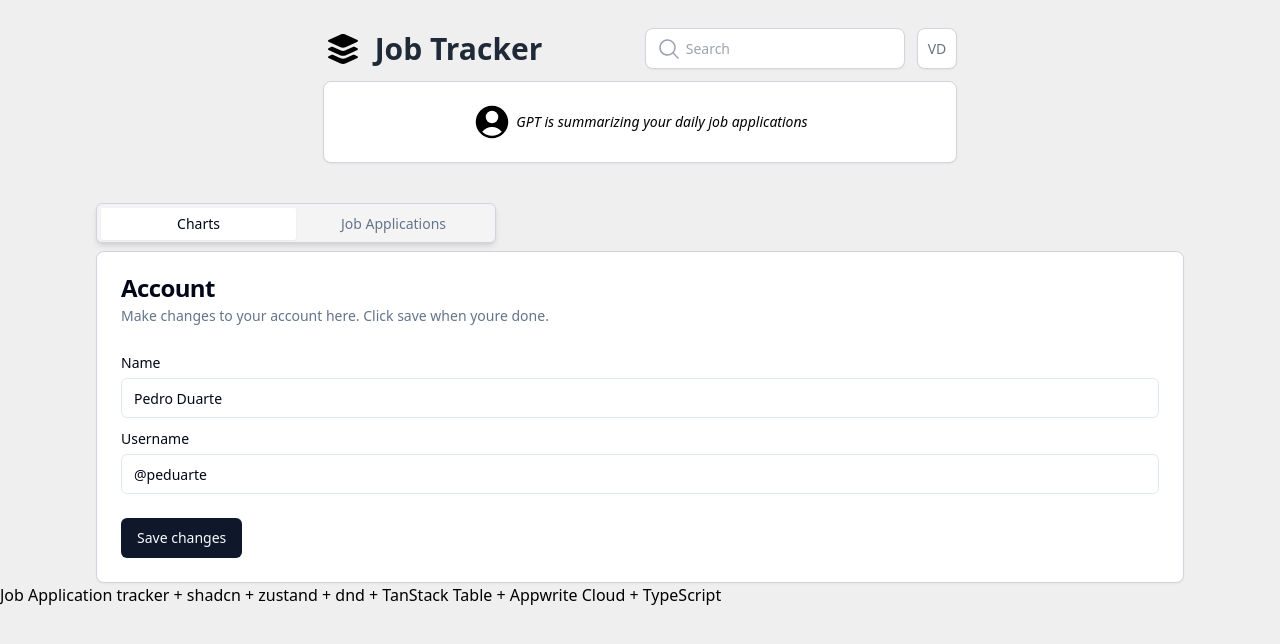
Repository: Vasil1001/job-applications-tracker-nextjs
Page: /
An editor plug-in stored every save of this project. The page is shown before and after the next save, followed by the edit.
The browser window is 1280 px wide. The pictures show the whole page.
The project was rebuilt for these pictures with package versions that can differ from the ones it lists, and the page was loaded fresh each time. The framework's server and built-in components were replaced by stand-ins that run in the browser. Also part of the build but not shown: next.config.js.

Above is the page before, as saved 2023-06-24 19:03:25.

### app/layout.tsx
import "./globals.css";
import { Inter } from "next/font/google";

const inter = Inter({ subsets: ["latin"] });

export const metadata = {
  title: "Job Tracker",
  description: "Generated by create next app",
};

export default function RootLayout({
  children,
}: {
  children: React.ReactNode;
}) {
  return (
    <html lang="en">
      <body  suppressHydrationWarning={true} className="bg-[#efefef]">{children}</body>
    </html>
  );
}

### app/page.tsx
import Header from "@/components/Header";
import Image from "next/image";

export default function Home() {
  return (
    <main className="flex min-h-screen max-w-screen flex-col justify-between mx-auto ">
      {/* Header Component */}
      <Header />

      {/* Board dnd Component */}

    </main>
  );
}

### components/Header.tsx
"use client";
import { Search } from "lucide-react";
import React from "react";
import SearchBar from "./navbar/SearchBar";
import { IoIosApps } from "react-icons/io";
import { RiSendPlaneLine } from "react-icons/ri";
import { BiNotepad } from "react-icons/bi";
import Image from "next/image";
import { MagnifyingGlassIcon, UserCircleIcon } from "@heroicons/react/24/solid";
import { FiUser } from "react-icons/fi";
import { HiMagnifyingGlass } from "react-icons/hi2";
import Navbar from "./navbar/Navbar";
import Avatar from "react-avatar";
import JobChartsTab from "./ui/JobChartsTab";

export default function Header() {
  return (
    <header className="">
      <Navbar />

      <JobChartsTab />
      <h1>
        Job Application tracker + shadcn + zustand + dnd + TanStack Table +
        Appwrite Cloud + TypeScript
      </h1>
    </header>
  );
}

### components/navbar/Navbar.tsx
import React from "react";
import SearchBar from "./SearchBar";
import { IoIosApps } from "react-icons/io";
import { HiMagnifyingGlass } from "react-icons/hi2";
import { UserCircleIcon } from "@heroicons/react/24/solid";

export default function Navbar() {
  return (
    <div className="bg-[#efefef] p-7 xl:px-24 transition-all ">
      <div className="xl:w-7/12 mx-auto">
        <div className="flex flex-col md:flex-row items-center transition-all ">
          {/* <Navbar /> */}
          {/* <Image
          src="https://links.papareact.com/c2cdd5"
          alt="Logo"
          width={300}
          height={100}
          className="w-44 md:w-56 pb-10 md:pb-0 object-contain"
        /> */}
          {/* Logo */}
          <div className="flex items-center font-bold text-3xl mb-3 md:mb-0">
            <IoIosApps size={40} className="mr-3" />
            <span className="text-gray-800">Job Tracker</span>
          </div>

          {/* Search input, button and profile */}
          <div className="flex items-center gap-3 flex-1 justify-end w-full">
            <form className=" flex items-center justify-center  flex-1 md:flex-initial transition-all">
              <div className="relative  flex-1 md:flex-initial">
                <span className="absolute inset-y-0 left-0 flex items-center pl-3">
                  <HiMagnifyingGlass className="w-6 h-6 text-gray-400" />
                </span>
                <div className="flex gap-3 h-full">
                  <input
                    type="text"
                    className="w-full flex-1 h-full py-2.5 pl-10 pr-4 border shadow-sm focus-visible:outline-none focus-visible:ring-1 focus:ring-gray-400 text-black bg-white border-gray-300 text-sm rounded-lg hover:border-gray-300 placeholder:text-gray-400 focus:placeholder:text-gray-500"
                    placeholder="Search"
                  />
                  <div className="border flex px-2.5 items-center justify-center shadow-sm focus-visible:outline-none focus-visible:ring-1 focus:ring-gray-400 bg-white text-gray-500 border-gray-300 text-sm rounded-lg hover:border-gray-300">
                    VD
                  </div>
                </div>
              </div>
              <button hidden> Search</button>
            </form>
          </div>
        </div>

        <div className="flex w-full flex-1  md:justify-end mt-3">
          <p className="flex flex-1 items-center justify-center text-sm font-light pr-5 shadow-sm rounded-lg p-5 w-fit bg-white italic border border-gray-300 hover:border-gray-300">
            <UserCircleIcon className=" inline-block h-10 w-10 mr-1" />
            GPT is summarizing your daily job applications
          </p>
        </div>
      </div>
    </div>
  );
}

### components/ui/JobChartsTab.tsx
import { Button } from "@/components/ui/button";
import {
  Card,
  CardContent,
  CardDescription,
  CardFooter,
  CardHeader,
  CardTitle,
} from "@/components/ui/card";
import { Input } from "@/components/ui/input";
import { Label } from "@/components/ui/label";
import { Tabs, TabsContent, TabsList, TabsTrigger } from "@/components/ui/tabs";
export default function JobChartsTab() {
  return (
    <div className="px-7 pt-3 xl:px-24 transition-all bg-[#efefef]">
      <Tabs defaultValue="account" className="">
        <TabsList className="grid grid-cols-2 w-[400px] border border-gray-300">
          <TabsTrigger className="" value="account">Charts</TabsTrigger>
          <TabsTrigger className="" value="password">Job Applications</TabsTrigger>
        </TabsList>
        <TabsContent value="account">
          <Card>
            <CardHeader>
              <CardTitle>Account</CardTitle>
              <CardDescription>
                Make changes to your account here. Click save when youre done.
              </CardDescription>
            </CardHeader>
            <CardContent className="space-y-2">
              <div className="space-y-1">
                <Label htmlFor="name">Name</Label>
                <Input id="name" defaultValue="Pedro Duarte" />
              </div>
              <div className="space-y-1">
                <Label htmlFor="username">Username</Label>
                <Input id="username" defaultValue="@peduarte" />
              </div>
            </CardContent>
            <CardFooter>
              <Button>Save changes</Button>
            </CardFooter>
          </Card>
        </TabsContent>
        <TabsContent value="password">
          <Card>
            <CardHeader>
              <CardTitle>Password</CardTitle>
              <CardDescription>
                Change your password here. After saving, yoll be logged out.
              </CardDescription>
            </CardHeader>
            <CardContent className="space-y-2">
              <div className="space-y-1">
                <Label htmlFor="current">Current password</Label>
                <Input id="current" type="password" />
              </div>
              <div className="space-y-1">
                <Label htmlFor="new">New password</Label>
                <Input id="new" type="password" />
              </div>
            </CardContent>
            <CardFooter>
              <Button>Save password</Button>
            </CardFooter>
          </Card>
        </TabsContent>
      </Tabs>
    </div>
  );
}

### components/ui/button.tsx
import * as React from "react"
import { Slot } from "@radix-ui/react-slot"
import { cva, type VariantProps } from "class-variance-authority"

import { cn } from "@/lib/utils"

const buttonVariants = cva(
  "inline-flex items-center justify-center rounded-md text-sm font-medium ring-offset-white transition-colors focus-visible:outline-none focus-visible:ring-2 focus-visible:ring-slate-400 focus-visible:ring-offset-2 disabled:pointer-events-none disabled:opacity-50 dark:ring-offset-slate-950 dark:focus-visible:ring-slate-800",
  {
    variants: {
      variant: {
        default: "bg-slate-900 text-slate-50 hover:bg-slate-900/90 dark:bg-slate-50 dark:text-slate-900 dark:hover:bg-slate-50/90",
        destructive:
          "bg-red-500 text-slate-50 hover:bg-red-500/90 dark:bg-red-900 dark:text-red-50 dark:hover:bg-red-900/90",
        outline:
          "border border-slate-200 bg-white hover:bg-slate-100 hover:text-slate-900 dark:border-slate-800 dark:bg-slate-950 dark:hover:bg-slate-800 dark:hover:text-slate-50",
        secondary:
          "bg-slate-100 text-slate-900 hover:bg-slate-100/80 dark:bg-slate-800 dark:text-slate-50 dark:hover:bg-slate-800/80",
        ghost: "hover:bg-slate-100 hover:text-slate-900 dark:hover:bg-slate-800 dark:hover:text-slate-50",
        link: "text-slate-900 underline-offset-4 hover:underline dark:text-slate-50",
      },
      size: {
        default: "h-10 px-4 py-2",
        sm: "h-9 rounded-md px-3",
        lg: "h-11 rounded-md px-8",
        icon: "h-10 w-10",
      },
    },
    defaultVariants: {
      variant: "default",
      size: "default",
    },
  }
)

export interface ButtonProps
  extends React.ButtonHTMLAttributes<HTMLButtonElement>,
    VariantProps<typeof buttonVariants> {
  asChild?: boolean
}

const Button = React.forwardRef<HTMLButtonElement, ButtonProps>(
  ({ className, variant, size, asChild = false, ...props }, ref) => {
    const Comp = asChild ? Slot : "button"
    return (
      <Comp
        className={cn(buttonVariants({ variant, size, className }))}
        ref={ref}
        {...props}
      />
    )
  }
)
Button.displayName = "Button"

export { Button, buttonVariants }

### components/ui/card.tsx
import * as React from "react"

import { cn } from "@/lib/utils"

const Card = React.forwardRef<
  HTMLDivElement,
  React.HTMLAttributes<HTMLDivElement>
>(({ className, ...props }, ref) => (
  <div
    ref={ref}
    className={cn(
      "rounded-lg border border-gray-300 bg-white text-slate-950 shadow-sm dark:border-slate-800 dark:bg-slate-950 dark:text-slate-50",
      className
    )}
    {...props}
  />
))
Card.displayName = "Card"

const CardHeader = React.forwardRef<
  HTMLDivElement,
  React.HTMLAttributes<HTMLDivElement>
>(({ className, ...props }, ref) => (
  <div
    ref={ref}
    className={cn("flex flex-col space-y-1.5 p-6", className)}
    {...props}
  />
))
CardHeader.displayName = "CardHeader"

const CardTitle = React.forwardRef<
  HTMLParagraphElement,
  React.HTMLAttributes<HTMLHeadingElement>
>(({ className, ...props }, ref) => (
  <h3
    ref={ref}
    className={cn(
      "text-2xl font-semibold leading-none tracking-tight",
      className
    )}
    {...props}
  />
))
CardTitle.displayName = "CardTitle"

const CardDescription = React.forwardRef<
  HTMLParagraphElement,
  React.HTMLAttributes<HTMLParagraphElement>
>(({ className, ...props }, ref) => (
  <p
    ref={ref}
    className={cn("text-sm text-slate-500 dark:text-slate-400", className)}
    {...props}
  />
))
CardDescription.displayName = "CardDescription"

const CardContent = React.forwardRef<
  HTMLDivElement,
  React.HTMLAttributes<HTMLDivElement>
>(({ className, ...props }, ref) => (
  <div ref={ref} className={cn("p-6 pt-0", className)} {...props} />
))
CardContent.displayName = "CardContent"

const CardFooter = React.forwardRef<
  HTMLDivElement,
  React.HTMLAttributes<HTMLDivElement>
>(({ className, ...props }, ref) => (
  <div
    ref={ref}
    className={cn("flex items-center p-6 pt-0", className)}
    {...props}
  />
))
CardFooter.displayName = "CardFooter"

export { Card, CardHeader, CardFooter, CardTitle, CardDescription, CardContent }

### components/ui/input.tsx
import * as React from "react"

import { cn } from "@/lib/utils"

export interface InputProps
  extends React.InputHTMLAttributes<HTMLInputElement> {}

const Input = React.forwardRef<HTMLInputElement, InputProps>(
  ({ className, type, ...props }, ref) => {
    return (
      <input
        type={type}
        className={cn(
          "flex h-10 w-full rounded-md border border-slate-200 border-slate-200 bg-white px-3 py-2 text-sm ring-offset-white file:border-0 file:bg-transparent file:text-sm file:font-medium placeholder:text-slate-500 focus-visible:outline-none focus-visible:ring-2 focus-visible:ring-slate-400 focus-visible:ring-offset-2 disabled:cursor-not-allowed disabled:opacity-50 dark:border-slate-800 dark:border-slate-800 dark:bg-slate-950 dark:ring-offset-slate-950 dark:placeholder:text-slate-400 dark:focus-visible:ring-slate-800",
          className
        )}
        ref={ref}
        {...props}
      />
    )
  }
)
Input.displayName = "Input"

export { Input }

### components/ui/label.tsx
import * as React from "react"
import * as LabelPrimitive from "@radix-ui/react-label"
import { cva, type VariantProps } from "class-variance-authority"

import { cn } from "@/lib/utils"

const labelVariants = cva(
  "text-sm font-medium leading-none peer-disabled:cursor-not-allowed peer-disabled:opacity-70"
)

const Label = React.forwardRef<
  React.ElementRef<typeof LabelPrimitive.Root>,
  React.ComponentPropsWithoutRef<typeof LabelPrimitive.Root> &
    VariantProps<typeof labelVariants>
>(({ className, ...props }, ref) => (
  <LabelPrimitive.Root
    ref={ref}
    className={cn(labelVariants(), className)}
    {...props}
  />
))
Label.displayName = LabelPrimitive.Root.displayName

export { Label }

### components/ui/tabs.tsx
import * as React from "react"
import * as TabsPrimitive from "@radix-ui/react-tabs"

import { cn } from "@/lib/utils"

const Tabs = TabsPrimitive.Root

const TabsList = React.forwardRef<
  React.ElementRef<typeof TabsPrimitive.List>,
  React.ComponentPropsWithoutRef<typeof TabsPrimitive.List>
>(({ className, ...props }, ref) => (
  <TabsPrimitive.List
    ref={ref}
    className={cn(
      "inline-flex h-10 items-center justify-center rounded-md shadow-md bg-zinc-100 p-1 text-slate-500 dark:bg-slate-800 dark:text-slate-400",
      className
    )}
    {...props}
  />
))
TabsList.displayName = TabsPrimitive.List.displayName

const TabsTrigger = React.forwardRef<
  React.ElementRef<typeof TabsPrimitive.Trigger>,
  React.ComponentPropsWithoutRef<typeof TabsPrimitive.Trigger>
>(({ className, ...props }, ref) => (
  <TabsPrimitive.Trigger
    ref={ref}
    className={cn(
      "inline-flex items-center justify-center whitespace-nowrap rounded-sm px-3 py-1.5 text-sm font-medium ring-offset-white transition-all focus-visible:outline-none focus-visible:ring-2 focus-visible:ring-slate-400 focus-visible:ring-offset-2 disabled:pointer-events-none disabled:opacity-50 data-[state=active]:bg-white data-[state=active]:text-slate-950 data-[state=active]:shadow-sm dark:ring-offset-slate-950 dark:focus-visible:ring-slate-800 dark:data-[state=active]:bg-slate-950 dark:data-[state=active]:text-slate-50",
      className
    )}
    {...props}
  />
))
TabsTrigger.displayName = TabsPrimitive.Trigger.displayName

const TabsContent = React.forwardRef<
  React.ElementRef<typeof TabsPrimitive.Content>,
  React.ComponentPropsWithoutRef<typeof TabsPrimitive.Content>
>(({ className, ...props }, ref) => (
  <TabsPrimitive.Content
    ref={ref}
    className={cn(
      "mt-2 ring-offset-white focus-visible:outline-none focus-visible:ring-2 focus-visible:ring-slate-400 focus-visible:ring-offset-2 dark:ring-offset-slate-950 dark:focus-visible:ring-slate-800",
      className
    )}
    {...props}
  />
))
TabsContent.displayName = TabsPrimitive.Content.displayName

export { Tabs, TabsList, TabsTrigger, TabsContent }

Loaded but not shown: app/globals.css (common file); lib/utils.ts (common file); tailwind.config.js (common file)

After the next save:
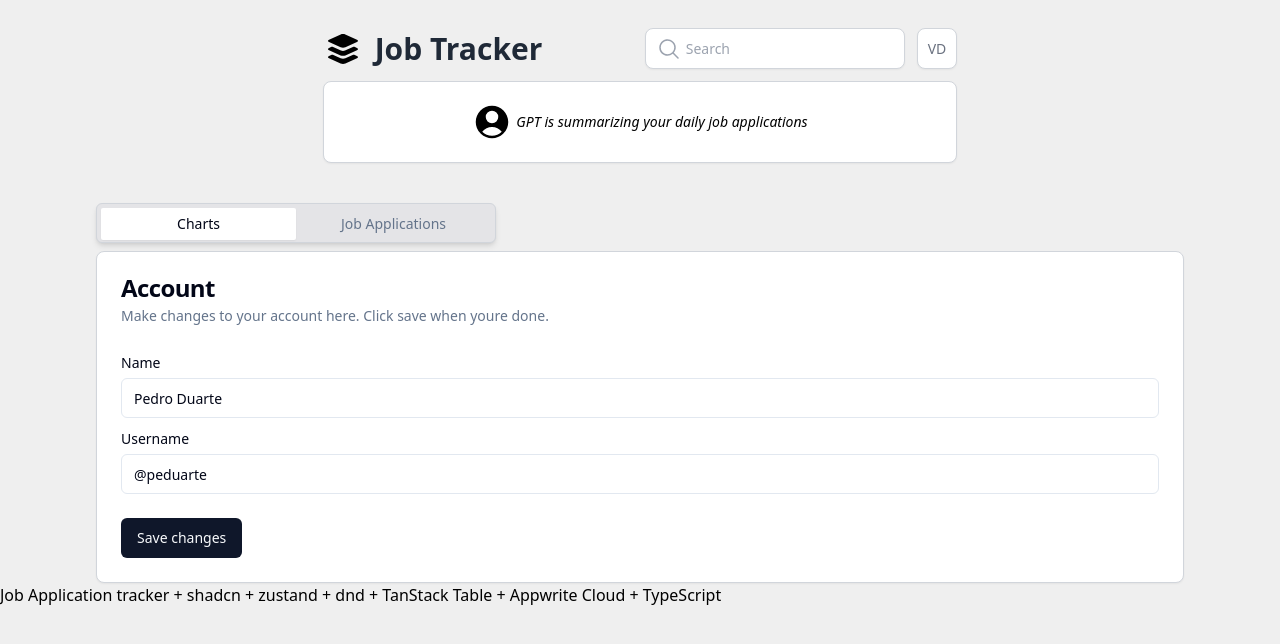
Saved 9 s later.
--- a/components/ui/tabs.tsx
+++ b/components/ui/tabs.tsx
@@ -12,7 +12,7 @@ const TabsList = React.forwardRef<
   <TabsPrimitive.List
     ref={ref}
     className={cn(
-      "inline-flex h-10 items-center justify-center rounded-md shadow-md bg-zinc-100 p-1 text-slate-500 dark:bg-slate-800 dark:text-slate-400",
+      "inline-flex h-10 items-center justify-center rounded-md shadow-md bg-zinc-200 p-1 text-slate-500 dark:bg-slate-800 dark:text-slate-400",
       className
     )}
     {...props}
